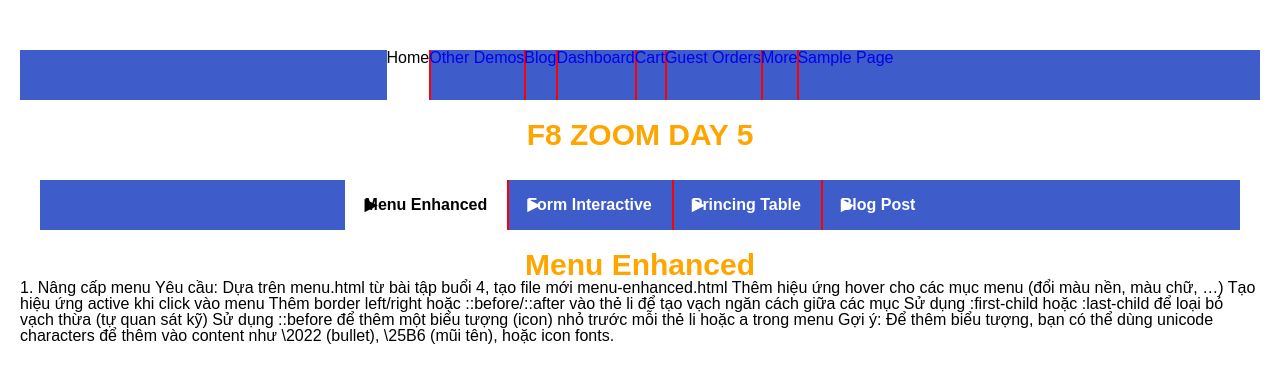
Repository: lannguyen1301/f8-zoom-day-5
Page: menu-enhanced.html
The author's editor kept a copy of each file at every save. The page is drawn from the files as they stood at one save, then again after the next save.
The browser window is 1280 px wide. The pictures show the whole page.

Above is the page before, as saved 2025-04-21 20:37:16.

After the next save:
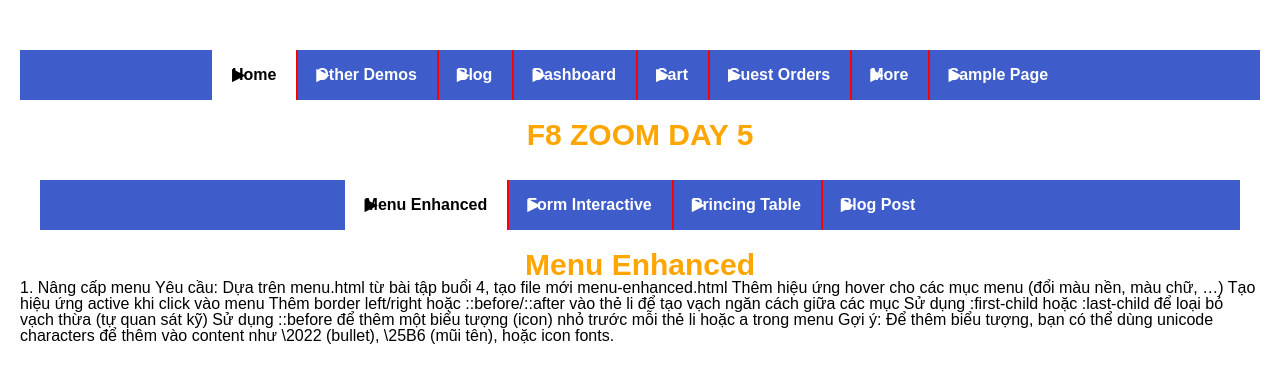
Saved 20 s later.
--- a/menu-enhanced.html
+++ b/menu-enhanced.html
@@ -14,28 +14,28 @@
         <nav class="navbar">
             <ul class="navbar__list">
                 <li class="navbar__item active">
-                    <a href="!#" class="navbar-link">Home</a>
+                    <a href="!#" class="navbar__link">Home</a>
                 </li>
                 <li class="navbar__item">
-                    <a href="!#" class="navbar-link">Other Demos</a>
+                    <a href="!#" class="navbar__link">Other Demos</a>
                 </li>
                 <li class="navbar__item">
-                    <a href="!#" class="navbar-link">Blog</a>
+                    <a href="!#" class="navbar__link">Blog</a>
                 </li>
                 <li class="navbar__item">
-                    <a href="!#" class="navbar-link">Dashboard</a>
+                    <a href="!#" class="navbar__link">Dashboard</a>
                 </li>
                 <li class="navbar__item">
-                    <a href="!#" class="navbar-link">Cart</a>
+                    <a href="!#" class="navbar__link">Cart</a>
                 </li>
                 <li class="navbar__item">
-                    <a href="!#" class="navbar-link">Guest Orders</a>
+                    <a href="!#" class="navbar__link">Guest Orders</a>
                 </li>
                 <li class="navbar__item">
-                    <a href="!#" class="navbar-link">More</a>
+                    <a href="!#" class="navbar__link">More</a>
                 </li>
                 <li class="navbar__item">
-                    <a href="!#" class="navbar-link">Sample Page</a>
+                    <a href="!#" class="navbar__link">Sample Page</a>
                 </li>
             </ul>
         </nav>
